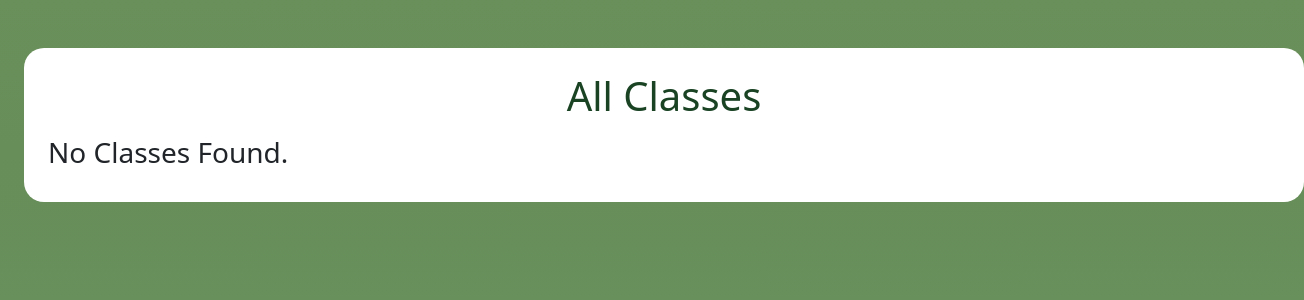
Repository: ronetteguevara/CalTech-ZumbaApp
Page: http://localhost/ZumbaApp/ViewClasses.jsp
The author's editor kept a copy of each file at every save. The page is drawn from the files as they stood at one save, then again after the next save.
The browser window is 1280 px wide. The page is 1304 px wide, then 1280 px, so the pictures cover 1304 px, including what lies to the right of the window. The pictures show the whole page.
The page is served by Tomcat 10. Queries for data that is not in the repository find no rows.

Above is the page before, as saved 2024-05-03 02:02:55.

After the next save:
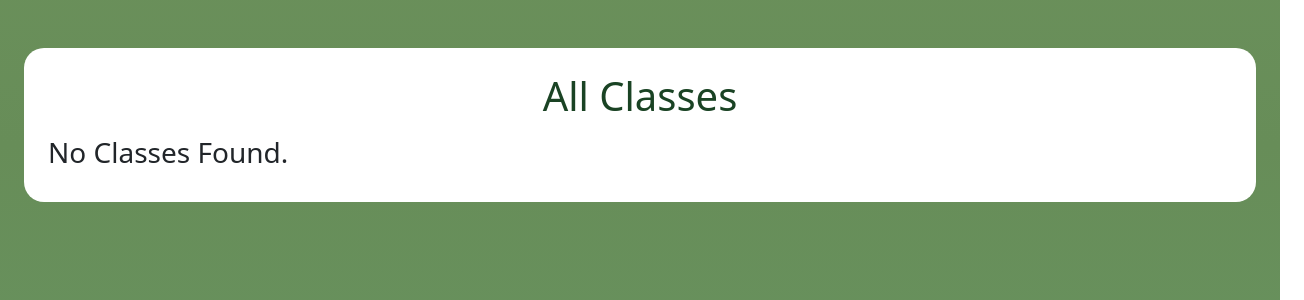
Saved 25 s later.
--- a/ZumbaApp/ZumbaApp/src/main/webapp/ViewClasses.jsp
+++ b/ZumbaApp/ZumbaApp/src/main/webapp/ViewClasses.jsp
@@ -8,8 +8,8 @@
 </head>
 <body class="gradient-background justify-content-center">
 
-        <div class="my-4 mx-4 d-flex justify-content-center col-xl-12 col-lg-12 col-md-12 col-sm-12 col-12">
-        <div class="container-fluid my-4 px-4 py-4 justify-content-center" style="background-color: white; border-radius: 20px;">
+        <div class="my-4 d-flex justify-content-center col-xl-12 col-lg-12 col-md-12 col-sm-12 col-12">
+        <div class="container-fluid my-4 mx-4 px-4 py-4 justify-content-center" style="background-color: white; border-radius: 20px;">
         <h1 class="mb-3" style="text-align: center;">All Classes</h1>
 
         <%
